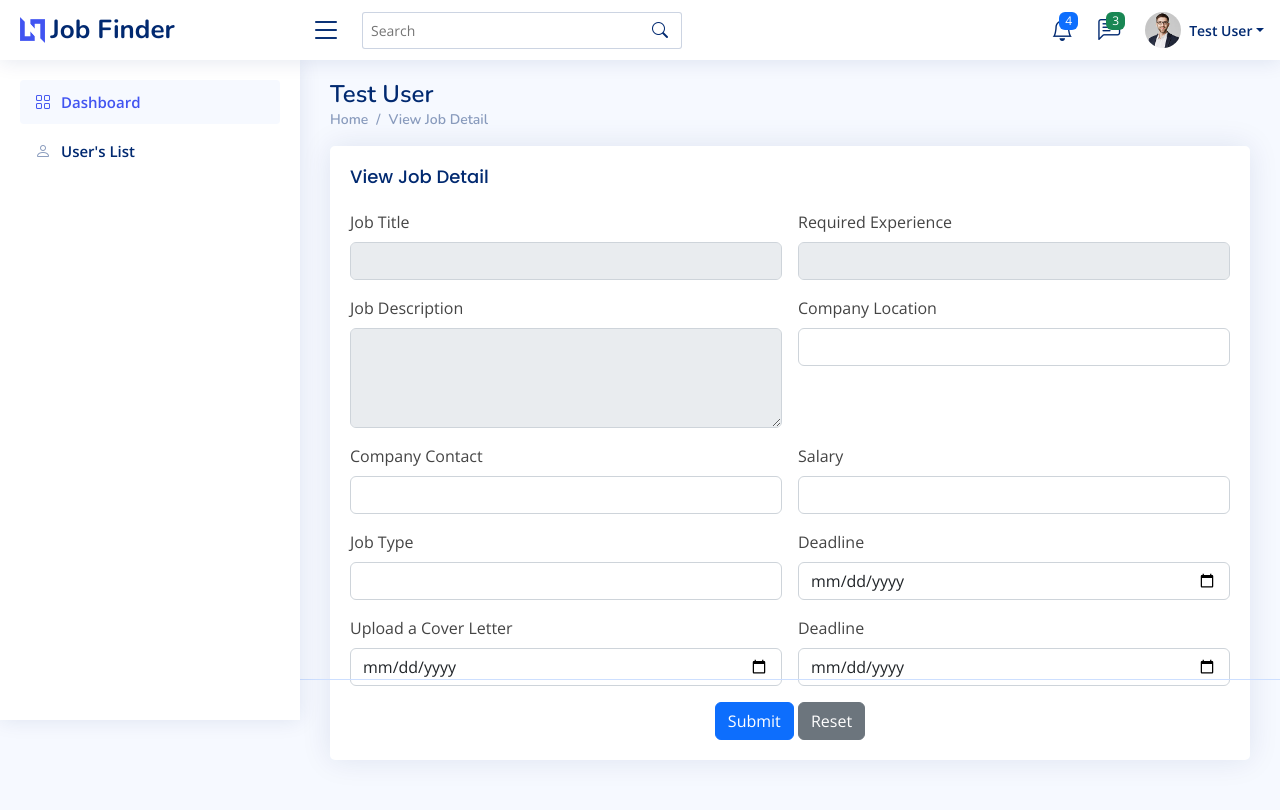
Repository: neha-rouniyar/jobfinder
Page: resources/views/user/viewJobDetail.blade.php
An editor plug-in stored every save of this project. The page is shown before and after the next save, followed by the edit.
The browser window is 1280 px wide. The pictures show the whole page.
The page is served by the project's Laravel application, run on PHP 8.4 with Laravel 10. A made-up administrator, Test User (test@example.com), is signed in. Other server files are loaded and not shown. The template is opened directly, without the code that normally fills it, so the values that code supplies are empty.

Above is the page before, as saved 2023-12-22 13:23:03.

### routes/web.php
<?php

use App\Http\Controllers\Admin\AdminController;
use App\Http\Controllers\JobController;
use App\Http\Controllers\ProfileController;
use App\Http\Controllers\RegisterController;
use Illuminate\Support\Facades\Route;

/*
|--------------------------------------------------------------------------
| Web Routes
|--------------------------------------------------------------------------
|
| Here is where you can register web routes for your application. These
| routes are loaded by the RouteServiceProvider and all of them will
| be assigned to the "web" middleware group. Make something great!
|
*/

Route::get('/', function () {
    return view('welcome');
});

Route::get('/login-form',[RegisterController::class,'loginForm'])->name('login.form');
Route::get('/register-form',[RegisterController::class,'registerForm'])->name('register.form');
Route::get('/employer-form',[RegisterController::class,'employerForm'])->name('employer.form');
Route::post('/user/register-form',[RegisterController::class,'userRegisterStore'])->name('user.register.submit');
Route::post('/employer/register-form',[RegisterController::class,'companyRegisterStore'])->name('company.register.submit');
Route::post('/login-submit',[RegisterController::class,'loginAuthenticate'])->name('login.submit');





Route::get('/verify-email/{token}',[RegisterController::class,'verifyEmail'])->name('verify.email');


//admin page
Route::get('/admin-dashboard',[AdminController::class,'index'])->name('admin.dashboard');
Route::get('/admin-logout',[AdminController::class,'logout'])->name('admin.logout');
Route::get('/admin/users-list',[AdminController::class,'userList'])->name('admin.users.list');

//company only
Route::get('/employer/my-profile',[ProfileController::class,'myProfile'])->name('company.profile');



//common routes
Route::get('/admin/new-job',[JobController::class,'newJob'])->name('admin.new.job');
Route::post('/admin/new-job-store',[JobController::class,'newJobStore'])->name('admin.newJob.store');
Route::get('/admin/view-jobs',[JobController::class,'viewJobs'])->name('admin.viewJobs');
Route::get('/admin/edit-job/{id}',[JobController::class,'jobEdit'])->name('admin.job.edit');
Route::post('/admin/update-job/{id}',[JobController::class,'jobUpdate'])->name('admin.job.update');





//user
Route::get('/user/view-jobs-list',[JobController::class,'userViewJobs'])->name('user.view.jobs');
Route::get('/user/my-profile',[ProfileController::class,'userProfile'])->name('user.myProfile');
Route::get('/user/view-job/{id}',[ProfileController::class,'viewJobDetail'])->name('view.jobDetail');

### app/Models/User.php
<?php

namespace App\Models;

// use Illuminate\Contracts\Auth\MustVerifyEmail;
use Illuminate\Database\Eloquent\Factories\HasFactory;
use Illuminate\Foundation\Auth\User as Authenticatable;
use Illuminate\Notifications\Notifiable;
use Laravel\Sanctum\HasApiTokens;

class User extends Authenticatable
{
    use HasApiTokens, HasFactory, Notifiable;

    /**
     * The attributes that are mass assignable.
     *
     * @var array<int, string>
     */
    protected $fillable = [
        'name',
        'email',
        'password',
    ];

    /**
     * The attributes that should be hidden for serialization.
     *
     * @var array<int, string>
     */
    protected $hidden = [
        'password',
        'remember_token',
    ];

    /**
     * The attributes that should be cast.
     *
     * @var array<string, string>
     */
    protected $casts = [
        'email_verified_at' => 'datetime',
        'password' => 'hashed',
    ];
    public function emailVerification()
    {
        return $this->hasOne(EmailVerification::class);
    }
    public function roles()
    {
        return $this->belongsToMany(User::class,'user_roles','user_id','role_id');
    }
    public function media()
{
    return $this->hasOne(Media::class, 'user_id');
}

}

### resources/views/user/viewJobDetail.blade.php
@extends('admin.index')
@section('content')
<main id="main" class="main">
        <div class="pagetitle">
          <h1>{{Auth::user()->name}}</h1>
          <nav>
            <ol class="breadcrumb">
              <li class="breadcrumb-item"><a href="">Home</a></li>
              <li class="breadcrumb-item">View Job Detail</li>
              {{-- <li class="breadcrumb-item active">Profile</li> --}}
            </ol>
          </nav>
        </div><!-- End Page Title -->

        <div class="col-lg-12">
            <div class="card">
                <div class="card-body">
                    <h5 class="card-title">View Job Detail</h5>
                    <!-- Horizontal Form - Single Row with Two Columns -->
                    <form action="" method="POST" class="row g-3">
                        @csrf
                        <div class="col-md-6">
                            <label for="inputNanme4" class="form-label">Job Title</label>
                            <input type="text" name="title" value="{{$jobDetailData->title}}" disabled class="form-control" id="inputNanme4">
                        </div>
                        <div class="col-md-6">
                            <label for="inputPassword4" class="form-label">Required Experience</label>
                            <input type="text" value="{{$jobDetailData->experience}}" disabled name="experience" class="form-control" id="inputPassword4">
                        </div>
                        <div class="col-md-6">
                            <label for="inputEmail4" class="form-label">Job Description</label>
                            <textarea class="form-control"  disabled name="desc" id="floatingTextarea" style="height: 100px;">{{$jobDetailData->desc}}</textarea>
                        </div>
                        <div class="col-md-6">
                            <label for="inputAddress" class="form-label">Company Location</label>
                            <input type="text" name="address" value="{{$jobDetailData->location}}" class="form-control" id="inputAddress">
                        </div>
                        <div class="col-md-6">
                            <label for="inputAddress" class="form-label">Company Contact</label>
                            <input type="number" name="contact" value="{{$jobDetailData->contact}}"  class="form-control" id="inputAddress">
                        </div>
                        <div class="col-md-6">
                            <label for="inputAddress" class="form-label">Salary</label>
                            <input type="text" name="salary" value="{{$jobDetailData->salary}}" class="form-control" id="inputAddress">
                        </div>
                        <div class="col-md-6">
                            <label for="inputAddress" class="form-label">Job Type</label>
                            <input type="text" name="jobType" value="{{$jobDetailData->job_type}}" class="form-control" id="inputAddress">
                        </div>
                        <div class="col-md-6">
                            <label for="inputAddress" class="form-label">Deadline</label>
                            <input type="date" name="deadline" value="{{$jobDetailData->deadline}}" class="form-control" id="inputAddress">
                        </div>
                        <div class="col-md-6">
                            <label for="inputAddress" class="form-label">Upload a Cover Letter</label>
                            <input type="date" name="deadline"  class="form-control" id="inputAddress">
                        </div>
                        <div class="col-md-6">
                            <label for="inputAddress" class="form-label">Deadline</label>
                            <input type="date" name="deadline" value="{{$jobDetailData->deadline}}" class="form-control" id="inputAddress">
                        </div>
                        <div class="col-md-12 text-center">
                            <button type="submit" class="btn btn-primary">Submit</button>
                            <button type="reset" class="btn btn-secondary">Reset</button>
                        </div>
                    </form><!-- Horizontal Form - Single Row with Two Columns -->

                </div>
            </div>
        </div>

      </main>



@endsection

### resources/views/admin/index.blade.php
<!DOCTYPE html>
<html lang="en">

<head>
  <meta charset="utf-8">
  <meta content="width=device-width, initial-scale=1.0" name="viewport">

  <title>Dashboard - NiceAdmin Bootstrap Template</title>
  <meta content="" name="description">
  <meta content="" name="keywords">

  <!-- Favicons -->
  <link href="assets/img/favicon.png" rel="icon">
  <link href="assets/img/apple-touch-icon.png" rel="apple-touch-icon">

  @include('admin.adminfiles.css')
</head>
<body>

  <!-- ======= Header ======== -->
@include('admin.adminfiles.navbar')


  <!-- ======= Sidebar ======= -->
  @include('admin.adminfiles.sidebar')

  @yield('content')
  <!-- End #main -->

  <!-- ======= Footer ======= -->
@include('admin.adminfiles.footer')
  <!-- End Footer -->

  <a href="#" class="back-to-top d-flex align-items-center justify-content-center"><i class="bi bi-arrow-up-short"></i></a>

  <!-- Vendor JS Files -->
@include('admin.adminfiles.js')

</body>

</html>

### resources/views/admin/adminfiles/css.blade.php
<link href="https://fonts.gstatic.com" rel="preconnect">
  <link href="https://fonts.googleapis.com/css?family=Open+Sans:300,300i,400,400i,600,600i,700,700i|Nunito:300,300i,400,400i,600,600i,700,700i|Poppins:300,300i,400,400i,500,500i,600,600i,700,700i" rel="stylesheet">

  <!-- Vendor CSS Files -->
  <link href="{{asset('adminasset/vendor/bootstrap/css/bootstrap.min.css')}}" rel="stylesheet">
  <link href="{{asset('adminasset/vendor/bootstrap-icons/bootstrap-icons.css')}}" rel="stylesheet">
  <link href="{{asset('adminasset/vendor/boxicons/css/boxicons.min.css')}}" rel="stylesheet">
  <link href="{{asset('adminasset/vendor/quill/quill.snow.css')}}" rel="stylesheet">
  <link href="{{asset('adminasset/vendor/quill/quill.bubble.css')}}" rel="stylesheet">
  <link href="{{asset('adminasset/vendor/remixicon/remixicon.css')}}" rel="stylesheet">
  <link href="{{asset('adminasset/vendor/simple-datatables/style.css')}}" rel="stylesheet">

  <!-- Template Main CSS File -->
  <link href="{{asset('adminasset/css/style.css')}}" rel="stylesheet">

### resources/views/admin/adminfiles/navbar.blade.php

<header id="header" class="header fixed-top d-flex align-items-center">

    <div class="d-flex align-items-center justify-content-between">
      <a href="index.html" class="logo d-flex align-items-center">
        <img src="{{asset('adminasset/img/logo.png')}}" alt="">
        <span class="d-none d-lg-block">Job Finder</span>
      </a>
      <i class="bi bi-list toggle-sidebar-btn"></i>
    </div><!-- End Logo -->

    <div class="search-bar">
      <form class="search-form d-flex align-items-center" method="POST" action="#">
        <input type="text" name="query" placeholder="Search" title="Enter search keyword">
        <button type="submit" title="Search"><i class="bi bi-search"></i></button>
      </form>
    </div><!-- End Search Bar -->

    <nav class="header-nav ms-auto">
      <ul class="d-flex align-items-center">

        <li class="nav-item d-block d-lg-none">
          <a class="nav-link nav-icon search-bar-toggle " href="#">
            <i class="bi bi-search"></i>
          </a>
        </li><!-- End Search Icon-->

        <li class="nav-item dropdown">

          <a class="nav-link nav-icon" href="#" data-bs-toggle="dropdown">
            <i class="bi bi-bell"></i>
            <span class="badge bg-primary badge-number">4</span>
          </a><!-- End Notification Icon -->

          <ul class="dropdown-menu dropdown-menu-end dropdown-menu-arrow notifications">
            <li class="dropdown-header">
              You have 4 new notifications
              <a href="#"><span class="badge rounded-pill bg-primary p-2 ms-2">View all</span></a>
            </li>
            <li>
              <hr class="dropdown-divider">
            </li>

            <li class="notification-item">
              <i class="bi bi-exclamation-circle text-warning"></i>
              <div>
                <h4>Lorem Ipsum</h4>
                <p>Quae dolorem earum veritatis oditseno</p>
                <p>30 min. ago</p>
              </div>
            </li>

            <li>
              <hr class="dropdown-divider">
            </li>

            <li class="notification-item">
              <i class="bi bi-x-circle text-danger"></i>
              <div>
                <h4>Atque rerum nesciunt</h4>
                <p>Quae dolorem earum veritatis oditseno</p>
                <p>1 hr. ago</p>
              </div>
            </li>

            <li>
              <hr class="dropdown-divider">
            </li>

            <li class="notification-item">
              <i class="bi bi-check-circle text-success"></i>
              <div>
                <h4>Sit rerum fuga</h4>
                <p>Quae dolorem earum veritatis oditseno</p>
                <p>2 hrs. ago</p>
              </div>
            </li>

            <li>
              <hr class="dropdown-divider">
            </li>

            <li class="notification-item">
              <i class="bi bi-info-circle text-primary"></i>
              <div>
                <h4>Dicta reprehenderit</h4>
                <p>Quae dolorem earum veritatis oditseno</p>
                <p>4 hrs. ago</p>
              </div>
            </li>

            <li>
              <hr class="dropdown-divider">
            </li>
            <li class="dropdown-footer">
              <a href="#">Show all notifications</a>
            </li>

          </ul><!-- End Notification Dropdown Items -->

        </li><!-- End Notification Nav -->

        <li class="nav-item dropdown">

          <a class="nav-link nav-icon" href="#" data-bs-toggle="dropdown">
            <i class="bi bi-chat-left-text"></i>
            <span class="badge bg-success badge-number">3</span>
          </a><!-- End Messages Icon -->

          <ul class="dropdown-menu dropdown-menu-end dropdown-menu-arrow messages">
            <li class="dropdown-header">
              You have 3 new messages
              <a href="#"><span class="badge rounded-pill bg-primary p-2 ms-2">View all</span></a>
            </li>
            <li>
              <hr class="dropdown-divider">
            </li>

            <li class="message-item">
              <a href="#">
                <img src="assets/img/messages-1.jpg" alt="" class="rounded-circle">
                <div>
                  <h4>Maria Hudson</h4>
                  <p>Velit asperiores et ducimus soluta repudiandae labore officia est ut...</p>
                  <p>4 hrs. ago</p>
                </div>
              </a>
            </li>
            <li>
              <hr class="dropdown-divider">
            </li>

            <li class="message-item">
              <a href="#">
                <img src="assets/img/messages-2.jpg" alt="" class="rounded-circle">
                <div>
                  <h4>Anna Nelson</h4>
                  <p>Velit asperiores et ducimus soluta repudiandae labore officia est ut...</p>
                  <p>6 hrs. ago</p>
                </div>
              </a>
            </li>
            <li>
              <hr class="dropdown-divider">
            </li>

            <li class="message-item">
              <a href="#">
                <img src="assets/img/messages-3.jpg" alt="" class="rounded-circle">
                <div>
                  <h4>David Muldon</h4>
                  <p>Velit asperiores et ducimus soluta repudiandae labore officia est ut...</p>
                  <p>8 hrs. ago</p>
                </div>
              </a>
            </li>
            <li>
              <hr class="dropdown-divider">
            </li>

            <li class="dropdown-footer">
              <a href="#">Show all messages</a>
            </li>

          </ul><!-- End Messages Dropdown Items -->

        </li><!-- End Messages Nav -->

        <li class="nav-item dropdown pe-3">

          <a class="nav-link nav-profile d-flex align-items-center pe-0" href="#" data-bs-toggle="dropdown">
            <img src="{{asset('adminasset/img/profile-img.jpg')}}" alt="Profile" class="rounded-circle">
            <span class="d-none d-md-block dropdown-toggle ps-2">{{Auth::user()->name}}</span>
          </a><!-- End Profile Iamge Icon -->

          <ul class="dropdown-menu dropdown-menu-end dropdown-menu-arrow profile">
            <li class="dropdown-header">
              <h6></h6>
              <span>Web Designer</span>
            </li>
            <li>
              <hr class="dropdown-divider">
            </li>

            <li>
              <a class="dropdown-item d-flex align-items-center" href="users-profile.html">
                <i class="bi bi-person"></i>
                <span>My Profile</span>
              </a>
            </li>
            <li>
              <hr class="dropdown-divider">
            </li>

            <li>
              <a class="dropdown-item d-flex align-items-center" href="users-profile.html">
                <i class="bi bi-gear"></i>
                <span>Account Settings</span>
              </a>
            </li>
            <li>
              <hr class="dropdown-divider">
            </li>

            <li>
              <a class="dropdown-item d-flex align-items-center" href="pages-faq.html">
                <i class="bi bi-question-circle"></i>
                <span>Need Help?</span>
              </a>
            </li>
            <li>
              <hr class="dropdown-divider">
            </li>

            <li>
              <a class="dropdown-item d-flex align-items-center" href="{{route('admin.logout')}}">
                <i class="bi bi-box-arrow-right"></i>
                <span>Sign Out</span>
              </a>
            </li>

          </ul><!-- End Profile Dropdown Items -->
        </li><!-- End Profile Nav -->

      </ul>
    </nav><!-- End Icons Navigation -->

  </header>

### resources/views/admin/adminfiles/sidebar.blade.php
<aside id="sidebar" class="sidebar">

    <ul class="sidebar-nav" id="sidebar-nav">

      <li class="nav-item">
        <a class="nav-link " href="">
          <i class="bi bi-grid"></i>
          <span>Dashboard</span>
        </a>
      </li>
      @if (Auth::check() && Auth::user()->usertype == 'admin')
        <li class="nav-item">
          <a class="nav-link collapsed" href="{{route('admin.users.list')}}">
              <i class="bi bi-person"></i>
              <span>User's List</span>
          </a>
        </li>
     @endif
  @if (Auth::check() && Auth::user()->usertype == 'employer')
      <li class="nav-item">
        <a class="nav-link collapsed" href="{{route('company.profile')}}">
            <i class="bi bi-person"></i>
            <span>Company Profile</span>
        </a>
      </li>
      <li class="nav-item">
        <a class="nav-link collapsed" data-bs-target="#components-nav-job" data-bs-toggle="collapse" href="#">
          <i class="bi bi-menu-button-wide"></i><span>Jobs</span><i class="bi bi-chevron-down ms-auto"></i>
        </a>
        <ul id="components-nav-job" class="nav-content collapse " data-bs-parent="#sidebar-nav">
          <li>
            <a href="{{route('admin.new.job')}}">
              <i class="bi bi-circle"></i><span>Post new Job</span>
            </a>
          </li>
          <li>
            <a href="{{route('admin.viewJobs')}}">
              <i class="bi bi-circle"></i><span>View Jobs</span>
            </a>
          </li>
        </ul>
      </li>
      <li class="nav-item">
        <a class="nav-link collapsed" data-bs-target="#components-nav" data-bs-toggle="collapse" href="#">
          <i class="bi bi-menu-button-wide"></i><span>Applicants</span><i class="bi bi-chevron-down ms-auto"></i>
        </a>
        <ul id="components-nav" class="nav-content collapse " data-bs-parent="#sidebar-nav">
          <li>
            <a href="components-alerts.html">
              <i class="bi bi-circle"></i><span>View Applicants</span>
            </a>
          </li>
          <li>
            <a href="components-accordion.html">
              <i class="bi bi-circle"></i><span>hgdiu</span>
            </a>
          </li>
        </ul>
      </li>
  @endif
  @if (Auth::check() && Auth::user()->usertype == 'regular')
      <li class="nav-item">
        <a class="nav-link collapsed" href="{{route('user.myProfile')}}">
            <i class="bi bi-person"></i>
            <span>My Profile</span>
        </a>
      </li>
      <li class="nav-item">
        <a class="nav-link collapsed" href="{{route('user.view.jobs')}}">
            <i class="bi bi-person"></i>
            <span>View Jobs</span>
        </a>
      </li>
      <li class="nav-item">
        <a class="nav-link collapsed" href="">
            <i class="bi bi-person"></i>
            <span>Applied Jobs</span>
        </a>
      </li>
      <li class="nav-item">
        <a class="nav-link collapsed" href="">
            <i class="bi bi-person"></i>
            <span>Feedbacks</span>
        </a>
      </li>
  @endif



    </ul>

  </aside>

### resources/views/admin/adminfiles/footer.blade.php

<footer id="footer" class="footer">
    {{-- <div class="copyright">
      &copy; Copyright <strong><span>NiceAdmin</span></strong>. All Rights Reserved
    </div>
    <div class="credits">
      <!-- All the links in the footer should remain intact. -->
      <!-- You can delete the links only if you purchased the pro version. -->
      <!-- Licensing information: https://bootstrapmade.com/license/ -->
      <!-- Purchase the pro version with working PHP/AJAX contact form: https://bootstrapmade.com/nice-admin-bootstrap-admin-html-template/ -->
      Designed by <a href="https://bootstrapmade.com/">BootstrapMade</a>
    </div> --}}
  </footer>

### resources/views/admin/adminfiles/js.blade.php
<script src="https://khalti.com/static/khalti-checkout.js"></script>
{{-- <script src="{{asset('adminasset/js/jquery.js')}}"></script> --}}
<script src="{{asset('adminasset/vendor/apexcharts/apexcharts.min.js')}}"></script>
<script src="{{asset('adminasset/vendor/bootstrap/js/bootstrap.bundle.min.js')}}"></script>
<script src="{{asset('adminasset/vendor/chart.js/chart.umd.js')}}"></script>
<script src="{{asset('adminasset/vendor/echarts/echarts.min.js')}}"></script>
<script src="{{asset('adminasset/vendor/quill/quill.min.js')}}"></script>
<script src="{{asset('adminasset/vendor/simple-datatables/simple-datatables.js')}}"></script>
<script src="{{asset('adminasset/vendor/tinymce/tinymce.min.js')}}"></script>
<script src="{{asset('adminasset/vendor/php-email-form/validate.js')}}"></script>

<!-- Template Main JS File -->
<script src="{{asset('adminasset/js/main.js')}}"></script>

Loaded but not shown: public/adminasset/js/main.js (321 lines, source omitted); public/adminasset/css/style.css (1236 lines, source omitted)

After the next save:
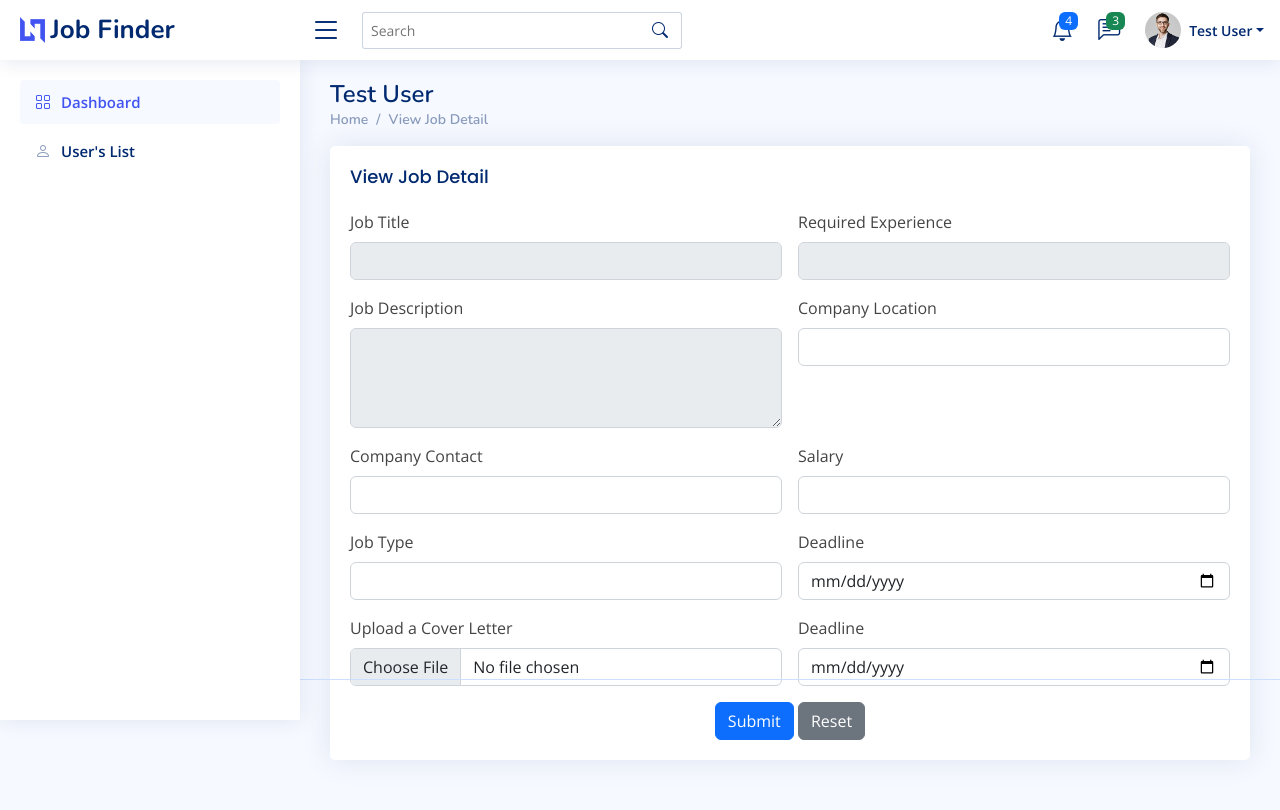
Saved 9 s later.
--- a/resources/views/user/viewJobDetail.blade.php
+++ b/resources/views/user/viewJobDetail.blade.php
@@ -53,7 +53,7 @@
                         </div>
                         <div class="col-md-6">
                             <label for="inputAddress" class="form-label">Upload a Cover Letter</label>
-                            <input type="date" name="deadline"  class="form-control" id="inputAddress">
+                            <input type="file" name="deadline"  class="form-control" id="inputAddress">
                         </div>
                         <div class="col-md-6">
                             <label for="inputAddress" class="form-label">Deadline</label>
